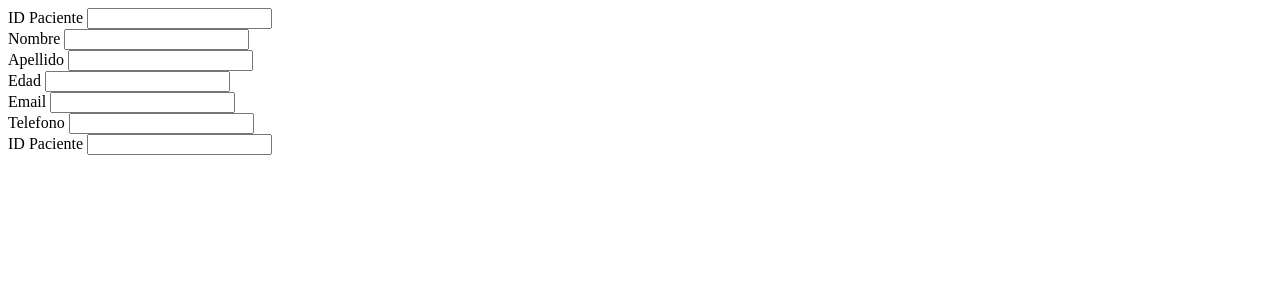
Repository: Divineridh/LPPAChallenges
Page: Trabajos en Clase/ejercicio forms covid/index.html
The author's editor kept a copy of each file at every save. The page is drawn from the files as they stood at one save, then again after the next save.
The browser window is 1280 px wide. The pictures show the whole page.

Above is the page before, as saved 2022-04-19 20:51:50.

After the next save:
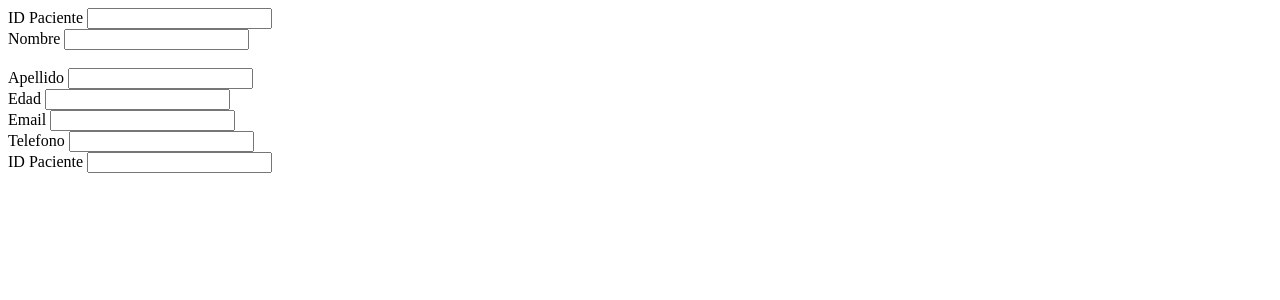
Saved 43 s later.
--- a/Trabajos en Clase/ejercicio forms covid/index.html
+++ b/Trabajos en Clase/ejercicio forms covid/index.html
@@ -11,7 +11,7 @@
         <label for="idpaciente">ID Paciente</label>
         <input type="text" id="idpaciente" name="idpaciente"><br>
         <label for="nombre">Nombre</label>
-        <input type="text" id="nombre" name="nombre"><br>
+        <input type="text" id="nombre" name="nombre"><br><br>
         <label for="apellido">Apellido</label>
         <input type="text" id="apellido" name="apellido"><br>
         <label for="edad">Edad</label>
